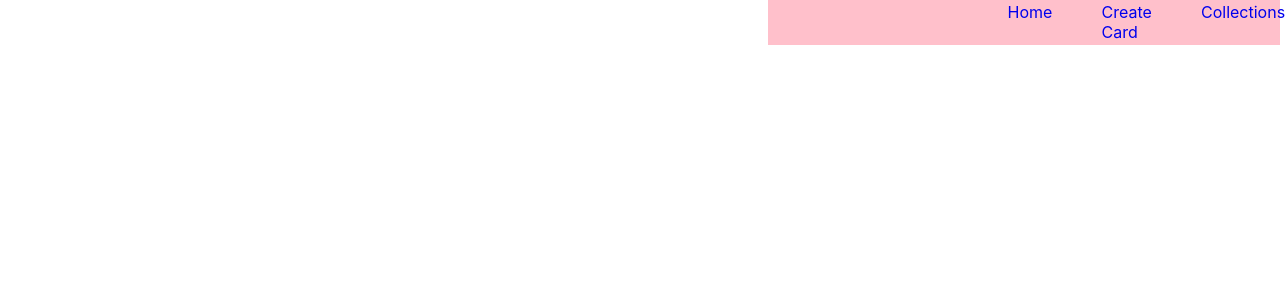
Repository: MikeTroianello/phos-react
Page: /
These files come from the project's save history. The page is drawn as it stood at one moment and after the next save; the edit follows.
The browser window is 1280 px wide. The page is 1285 px wide, then 1280 px, so the pictures cover 1285 px, including what lies to the right of the window. The pictures show the whole page.
The project was rebuilt for these pictures with package versions that can differ from the ones it lists, and the page was loaded fresh each time. A package was used in the major version that the imports need, not the one package.json lists. Also part of the build but not shown: src/App.css, src/components/card/Card.js.

Above is the page before, as saved 2020-06-02 16:34:32.

After the next save:
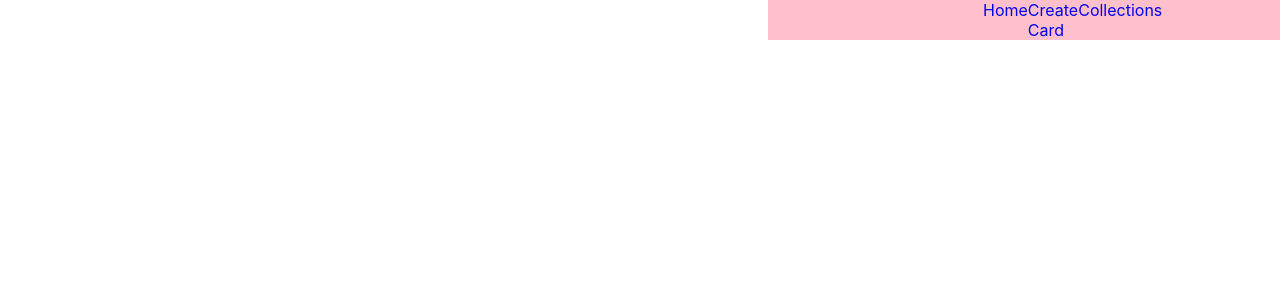
Saved 8 s later.
--- a/src/components/navbar/navbar.css
+++ b/src/components/navbar/navbar.css
@@ -11,7 +11,7 @@ div > div {
   background-color: pink;
 }
 
-.link {
+/* .link {
   margin: 3% 30%;
   width: 100%;
-}
+} */
